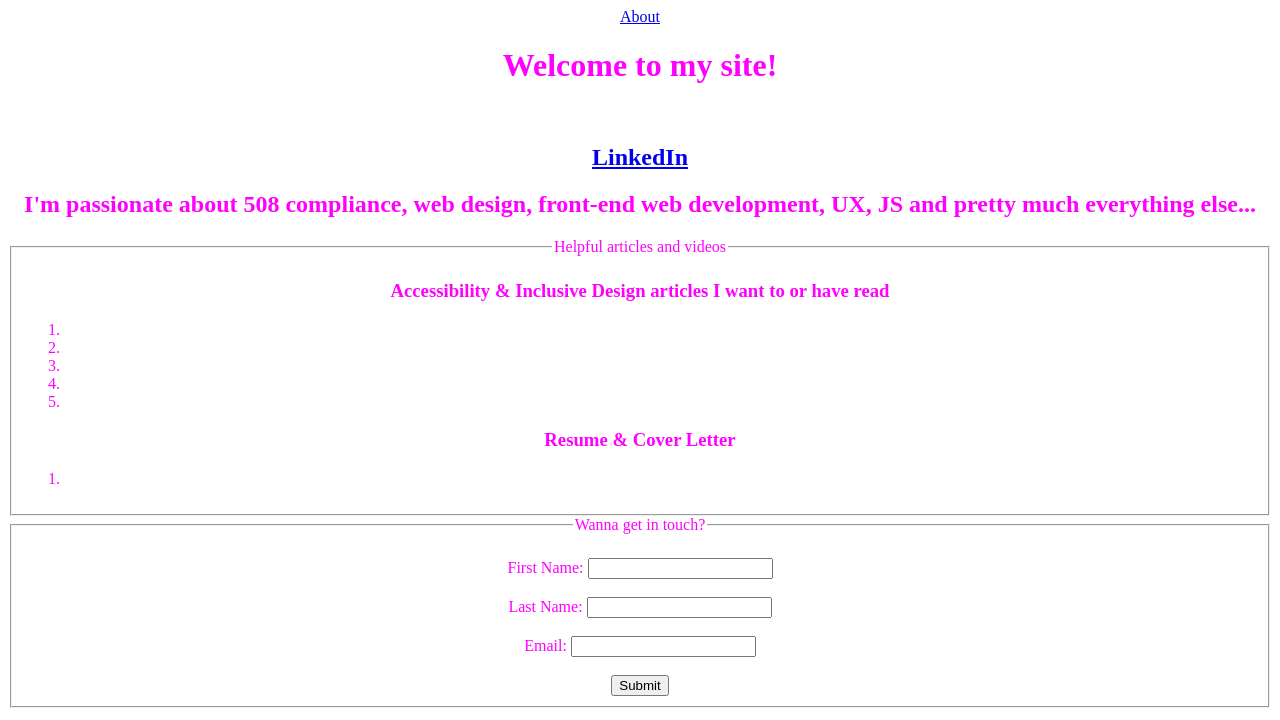
Repository: jasvr/jasvr.io
Page: index.html
The author's editor kept a copy of each file at every save. The page is drawn from the files as they stood at one save, then again after a run of saves.
The browser window is 1280 px wide. The pictures show the whole page.

Above is the page before, as saved 2020-01-20 13:29:29.

After the next 2 saves:
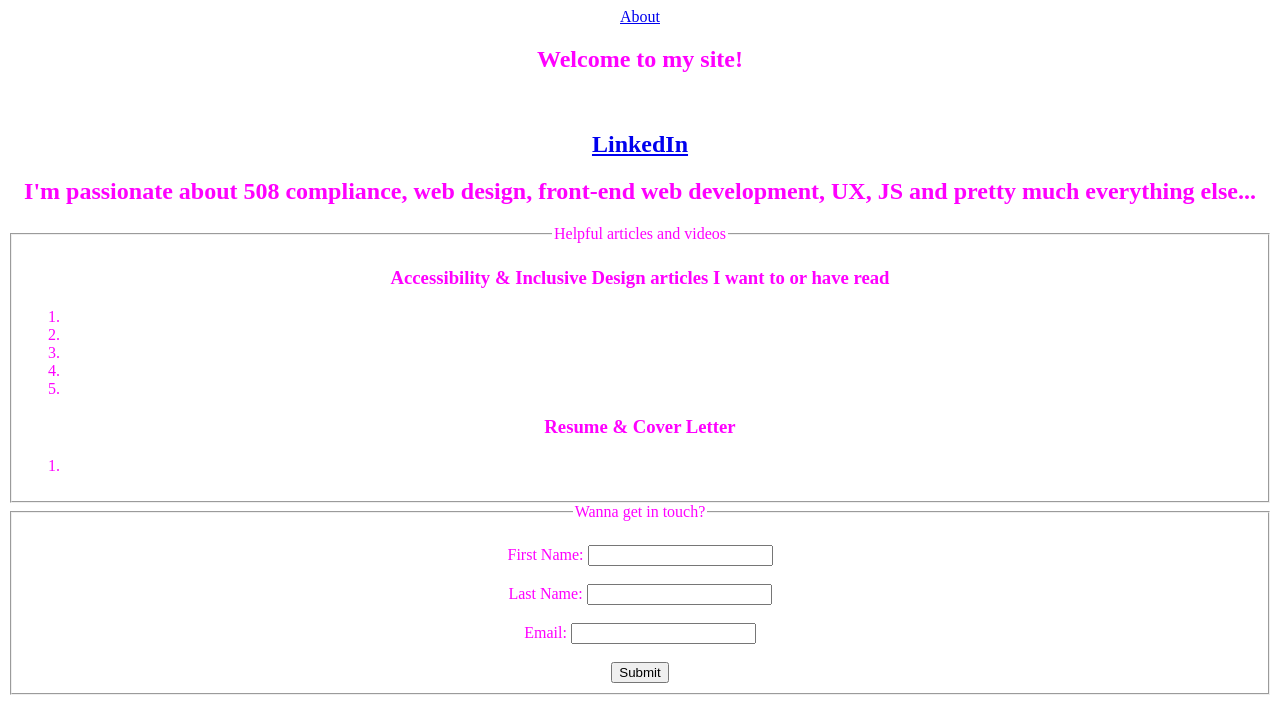
The 2 saves are shown as one change because they came seconds apart.
The last was saved 6 s later.
--- a/index.html
+++ b/index.html
@@ -10,6 +10,7 @@
 <body>
     <nav>
         <a href="/about/">About</a>
+        <a
     </nav>
     <h1>Welcome to my site!</h1>
     <br>
